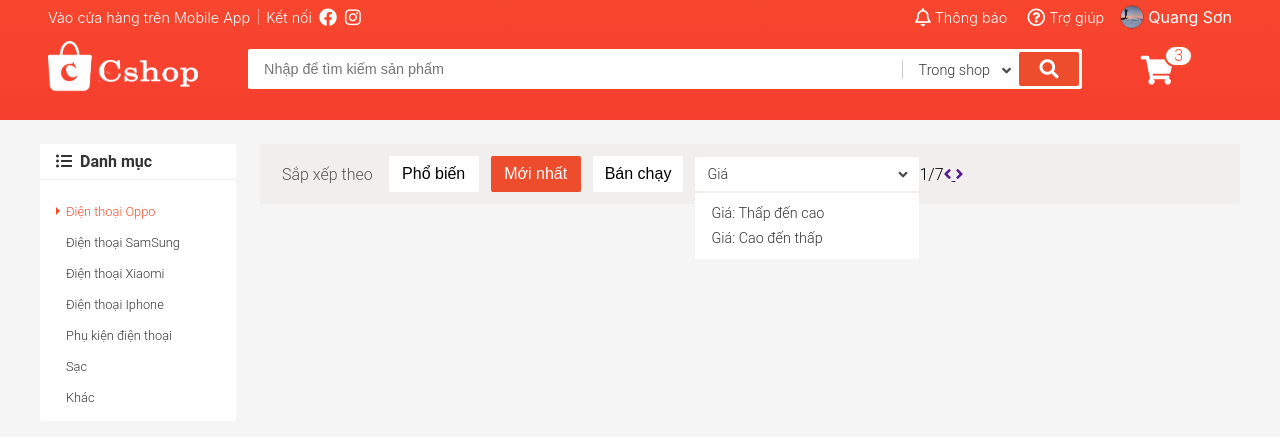
Repository: Qson412/BTL_Web
Page: index.html
These files come from the project's save history. The page is drawn as it stood at one moment and after the next save; the edit follows.
The browser window is 1280 px wide. The pictures show the whole page.

Above is the page before, as saved 2021-12-01 09:14:13.

After the next save:
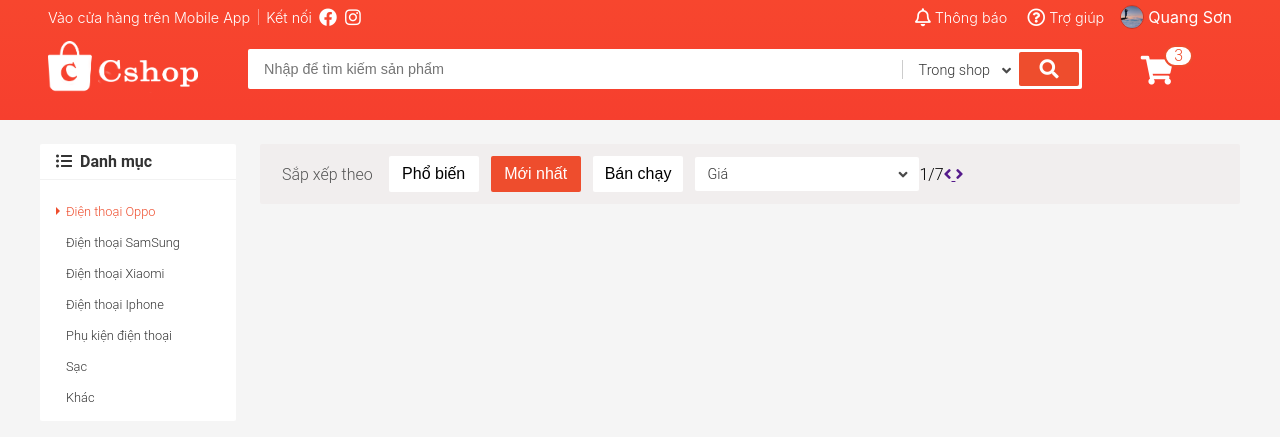
Saved 61 s later.
--- a/base.css
+++ b/base.css
@@ -156,7 +156,9 @@ body{
     position: relative;
     top: 1px;
 }
-
+.select-input:hover .select-input__list{
+    display: block;
+}
 .select-input__list{
     position: absolute;
     left: 0;
@@ -166,6 +168,7 @@ body{
     background-color: white;
     padding: 8px 16px;
     list-style: none;
+    display: none;
 }
 
 .select-input__link{
